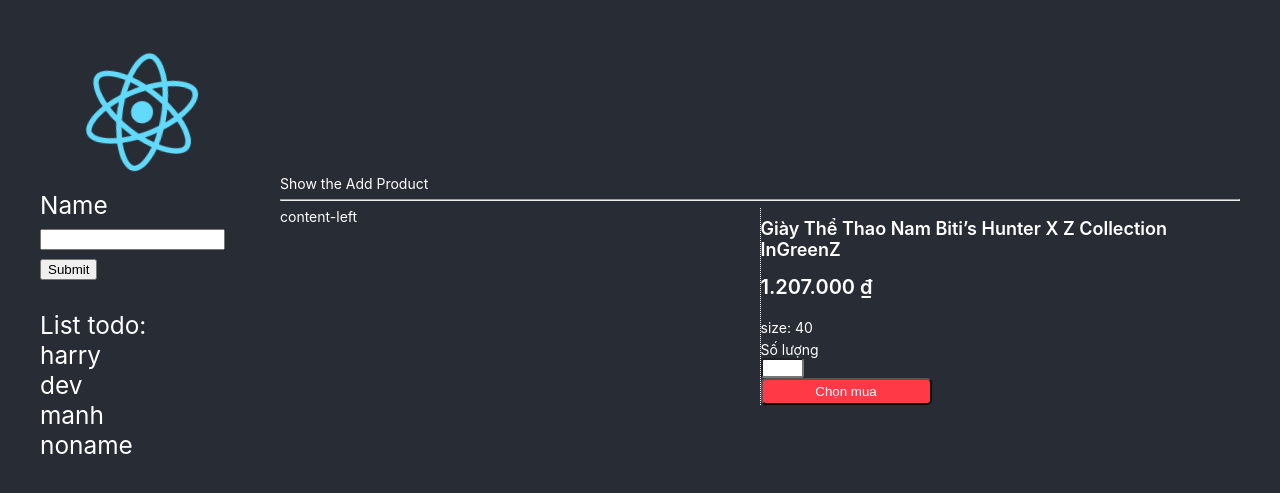
Repository: minh66hn/base-react-hook
Page: /
These files come from the project's save history. The page is drawn as it stood at one moment and after the next save; the edit follows.
The browser window is 1280 px wide. The pictures show the whole page.
The project was rebuilt for these pictures with package versions that can differ from the ones it lists, and the page was loaded fresh each time.

Above is the page before, as saved 2022-05-01 17:38:17.

### src/App.js
import React from "react";

import logo from "./logo.svg";
import "./App.scss";
import Home from "./components/Home";
import AddNewProduct from "./components/AddNewProduct";
import Product from "./components/Products/Product";

function App() {
  return (
    <div className="App">
      <header className="App-header content-left">
        <img src={logo} className="App-logo" alt="logo" />
        <Home></Home>
      </header>
      <div className="content-right">
        <AddNewProduct />
        <hr />
        <Product />
      </div>
    </div>
  );
}

export default App;

### src/App.scss
.App {
  padding: 40px;
  background-color: #282c34;
  height: calc(100vh - 80px);
  font-size:14px;
  display: flex;

  .content-left{
    width:20%;
  }


  .content-right{
    /* border: 1px solid red; */
    width: 80%;
    margin-top:135px;
    color: white;

  }

}

.App-logo {
  height: 20vmin;
  pointer-events: none;
}

@media (prefers-reduced-motion: no-preference) {
  .App-logo {
    animation: App-logo-spin infinite 20s linear;
  }
}

@keyframes App-logo-spin {
  from {
    transform: rotate(0deg);
  }
  to {
    transform: rotate(360deg);
  }
}
.App-header {
  /* min-height: 100vh; */
  /* display: flex;
  flex-direction: column; */
  /* align-items: center;
  justify-content: center; */
  font-size: calc(10px + 2vmin);
  color: white;
  /* border: 1px solid green; */
  width: 50%;
}

.input-product input{
  width:50%;
  height:24px;
  outline: none;
  border-radius: 10px;
}
.input-product{
  margin-bottom: 10px;
  display:flex;
  flex-direction: column;
  gap:5px;
}
button{
  cursor: pointer;
}
.App-link {
  color: #61dafb;
}

/* img {
  display: block;
  max-width: 100%;
}
.youtube-list {
  display: grid;
  grid-template-columns: repeat(4, 2fr);
  grid-gap: 25px;
  padding: 25px;
}
.youtube-image {
  height: 250px;
  margin-bottom: 15px;
}
.youtube-image img {
  width: 100%;
  height: 100%;
  object-fit: cover;
}
.youtube-footer {
  display: flex;
  align-items: flex-start;
  gap: 0 20px;
}
.youtube-avatar {
  width: 50px;
  height: 50px;
  border-radius: 100rem;
  object-fit: cover;
  flex-shrink: 0;
}
.youtube-title {
  font-size: 18px;
  margin-bottom: 10px;
}
.youtube-author {
  font-size: 14px;
  color: #999;
  font-weight: 300;
} */

### src/components/Home.js
import React from "react";
import { useState } from "react";
import AddTodo from "./AddTodo";
import DisplayListTodo from "./DisplayListTodo";
const Home = () => {
  const [todo, setTodo] = useState("");
  const randomIntFromInterval = (min, max) => {
    // min and max included
    return Math.floor(Math.random() * (max - min + 1) + min);
  };

  const [listTodo, setListTodo] = useState([
    { id: 1, name: "harry" },
    { id: 2, name: "dev" },
    { id: 3, name: "manh" },
    { id: 4, name: "noname" },
  ]);
  const handleDeleteBtn = (id) => {
    alert(`you deleted item by id:${id}`);
    let updateListTodo = listTodo.filter((item) => item.id !== id);
    setListTodo(updateListTodo);
  };
  const handleClickbtn = (todo) => {
    const todoItem = {
      id: randomIntFromInterval(5, 999),
      name: todo,
    };
    console.log(listTodo);
    if (!todo) {
      alert("please enter todo");
      return 0;
    }
    //catch1
    // let curentTodo = listTodo;
    // curentTodo.push(todoItem);
    // setListTodo(curentTodo);
    //catch2
    setListTodo([...listTodo, todoItem]);
    setTodo("");
  };

  return (
    <div>
      <AddTodo handleClickbtn={handleClickbtn} todo={todo} setTodo={setTodo} />
      <DisplayListTodo childData={listTodo} handleDeleteBtn={handleDeleteBtn} />
    </div>
  );
};

export default Home;

### src/components/AddNewProduct.js
import React from "react";
import { useState } from "react";

const AddNewProduct = () => {
  const [productName, setProductName] = useState("");
  const [producPrice, setProductPrice] = useState(0);
  const [productSize, setProductSize] = useState(0);
  const [productColor, setProductColor] = useState("");
  const [isShowDetail, setIsShowDetail] = useState(false);

  const handleClickbtn = () => {
    let object = { productName, producPrice, productSize, productColor };
    let ListProducts = localStorage.getItem("ListProducts");
    console.log(ListProducts);
    if (ListProducts) {
      let arr = [JSON.parse(ListProducts)];
      arr.push(object);
      localStorage.setItem("ListProducts", JSON.stringify(arr));
    } else {
      localStorage.setItem("ListProducts", JSON.stringify(object));
    }
    setProductName("");
    setProductPrice(0);
    setProductSize(0);
    setProductColor("");
  };
  const handleIsHide = (currentShow) => {
    let isShow = !currentShow;
    setIsShowDetail(isShow);
  };
  return (
    <div>
      {isShowDetail === true && (
        <fieldset>
          <legend>Add New Product:</legend>
          <div className="input-product">
            <label>Name</label>
            <input
              value={productName}
              type="text"
              onChange={(event) => {
                setProductName(event.target.value);
              }}
            />
          </div>
          <div className="input-product">
            <label>Price</label>
            <input
              value={producPrice}
              type="text"
              onChange={(event) => {
                setProductPrice(event.target.value);
              }}
            />
          </div>
          <div className="input-product">
            <label>Size</label>
            <input
              value={productSize}
              type="number"
              onChange={(event) => {
                setProductSize(event.target.value);
              }}
            />
          </div>
          <div className="input-product">
            <label>Color</label>
            <input
              value={productColor}
              type="text"
              onChange={(event) => {
                setProductColor(event.target.value);
              }}
            />
          </div>
          <div>
            <button type="button" onClick={() => handleClickbtn()}>
              Submit
            </button>
          </div>
        </fieldset>
      )}

      {isShowDetail === true ? (
        <div
          onClick={() => {
            handleIsHide(true);
          }}
        >
          Is Hide Add Product
        </div>
      ) : (
        <div
          onClick={() => {
            handleIsHide(false);
          }}
        >
          Show the Add Product
        </div>
      )}
    </div>
  );
};

export default AddNewProduct;

### src/components/Products/Product.js
import React from "react";
import "../Products/Product.scss";
const Product = () => {
  return (
    <div className="products-container">
      <div className="content-left">content-left</div>
      <div className="content-right">
        <div className="title">
          Giày Thể Thao Nam Biti’s Hunter X Z Collection InGreenZ
        </div>
        <div className="price">1.207.000 ₫</div>
        <div className="size">size: 40</div>
        <label>Số lượng</label>
        <div className="action">
          <input type="number" className="quantity" min={1} />
          <button className="buy">Chọn mua</button>
        </div>
      </div>
    </div>
  );
};

export default Product;

### src/components/AddTodo.js
import React from "react";

const AddTodo = (props) => {
  const { handleClickbtn, todo, setTodo } = props;
  return (
    <div>
      <label>Name</label>
      <input
        type="text"
        value={todo}
        onChange={(event) => {
          console.log("check event:", event);
          setTodo(event.target.value);
        }}
      />
      <button
        type="button"
        onClick={() => {
          handleClickbtn(todo);
        }}
      >
        Submit
      </button>
      <br />
      <br />
    </div>
  );
};

export default AddTodo;

### src/components/DisplayListTodo.js
import React from "react";

const DisplayListTodo = (props) => {
  const listData = props.childData;
  const handleDeleteBtn = (id) => {
    props.handleDeleteBtn(id);
  };
  return (
    <div>
      <div>List todo:</div>
      {listData.map((item) => {
        console.log(item);
        return (
          <div
            key={item.id}
            onClick={() => {
              handleDeleteBtn(item.id);
            }}
          >
            {item.name}
          </div>
        );
      })}
    </div>
  );
};

export default DisplayListTodo;

### src/components/Products/Product.scss
.products-container{
    display:flex;
    flex-direction: row;
.content-right{
    border-left:1px dotted  #f5f5f5;

    margin-top: 0px;
    width:50%;
    .title{
        font-size:18px;
        font-weight: 600;
        text-align: left;
        padding: 10px 0;
    }
    .price{
        font-size: 20px;
        font-weight: 600;
        padding: 5px 0 15px 0;
    }
    .size{
        padding: 5px 0;
    }
    .action{
        display: flex;
        flex-direction: column;
        .buy{
            cursor: pointer;
            height: 27px;
            width: 171px;
            color:#ffffff;
            background-color:#ff3945;
            border-radius: 5px;
        }
        .quantity{
            height: 14px;
            width: 35px;
            border-radius: 3px;
            }
        .buy:hover{
            background-color: #FEFBE7;
            color:#FF6363
        }
    }
}
.content-left{
    width:50%;
    .img-up{
        img{
            width: 80%;
            height: 100%;
            object-fit: cover

        }
    }
    .img-down{
        display: flex;
        gap:10px;

        .img-small{
            img{
                height: 100px;
                width: 100px;
                border-radius: 3px;
                cursor: pointer;
            }

    }

    }

}
}

Loaded but not shown: public/index.html (common file); src/index.js (common file); src/index.css (common file); src/reportWebVitals.js (common file)

After the next save:
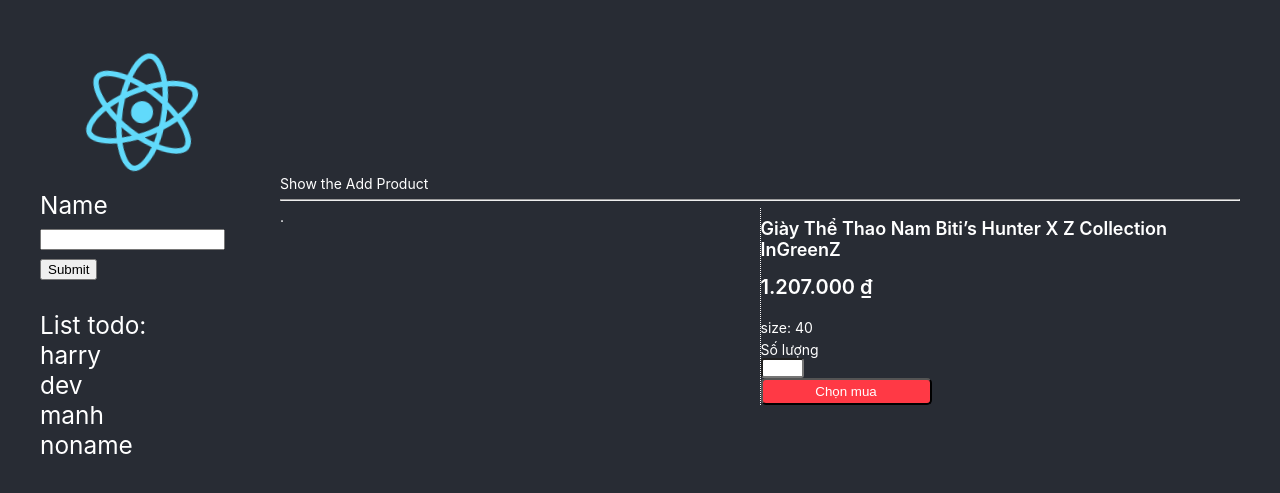
Saved 6 min 8 s later.
--- a/src/components/Products/Product.js
+++ b/src/components/Products/Product.js
@@ -3,7 +3,9 @@
 const Product = () => {
   return (
     <div className="products-container">
-      <div className="content-left">content-left</div>
+      <div className="content-left">
+          .
+      </div>
       <div className="content-right">
         <div className="title">
           Giày Thể Thao Nam Biti’s Hunter X Z Collection InGreenZ
